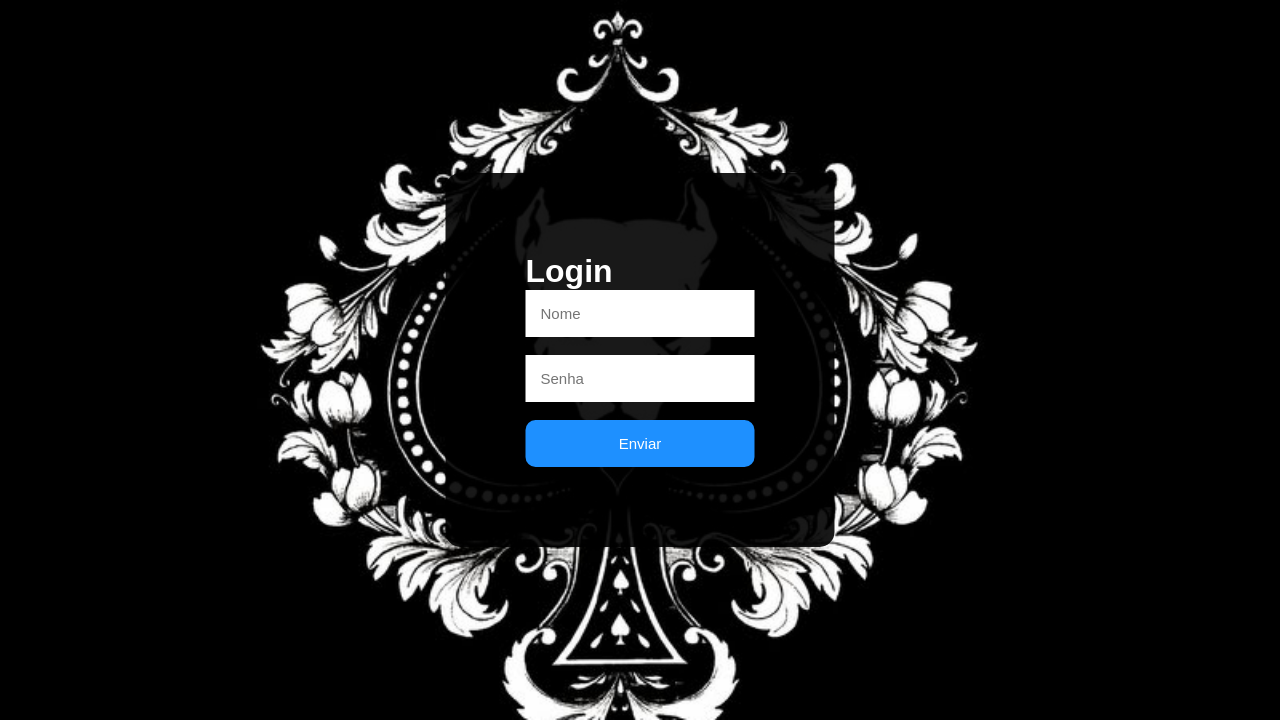
Repository: Vitor4863/Projeto-MetalBull
Page: http://localhost/MetalBull/
These files come from the project's save history. The page is drawn as it stood at one moment and after the next save; the edit follows.
The browser window is 1280 px wide. The pictures show the whole page.
The page is served by Tomcat 9. Other server files are loaded and not shown.

Above is the page before, as saved 2022-06-23 22:27:27.

### MetalBull/src/main/webapp/index.jsp
<%@ page language="java" contentType="text/html; charset=ISO-8859-1"
	pageEncoding="ISO-8859-1"%>
<!DOCTYPE html>
<html>
<head>
<meta charset="ISO-8859-1">
<title>Insert title here</title>
</head>
<link rel="stylesheet" href="estilo.css">
<body>
	<style>
body {
	font-family: Arial, Helvetica, sans-serif;
	background-image: url("Image/pit2.jpg");
	background-repeat: no-repeat;
	background-size: cover;
	width: 100vw;
	height: 100vh;
}

form {
	background-color: rgba(0, 0, 0, 0.9);
	position: absolute;
	top: 50%;
	left: 50%;
	transform: translate(-50%, -50%);
	padding: 80px;
	border-radius: 15px;
	color: #fff;
}

input {
	padding: 15px;
	border: none;
	outline: none;
	font-size: 15px;
}

button {
	background-color: dodgerblue;
	border: none;
	padding: 15px;
	width: 100%;
	border-radius: 10px;
	color: white;
	font-size: 15px;
}

button:hover {
	background-color: deepskyblue;
	cursor: pointer;
}
</style>
</head>
<body>
 <script>
        function validar(){
            alert(document.entrada.usuario.value);

            if((document.entrada.usuario.value == "admin") && (document.entrada.senha.value == "12345")){
				sessionStorage.setItem('usuario') = "admin";
                return true;
            } else {
                alert('usuario e/ou Senha incorretos');
                return false;
            }
        }
    </script><!--JAVA SCRIPT-->

	<form action="cadastrarProduto.jsp">
		<h1>Login</h1>
		<input type="text" placeholder="Nome"> <br>
		<br> <input type="password" placeholder="Senha"> <br>
		<br>
		<button>Enviar</button>
	</form>
</body>


</html>

### MetalBull/src/main/webapp/estilo.css
@charset "ISO-8859-1";
* {
	margin: 0;
	padding: 0;
	box-sizing: border-box;
	text-decoration: none;
	list-style: none;
	font-family: 'Montserrat', sans-serif;

}

.PitBull {
	width: 100vw;
}

.PitMain {
	background-image: url("img/R.jpg");
	background-repeat: no-repeat;
	background-size: cover;
	width: 100vw;
	height: 100vh;
}

.PitBull ul {
	display: flex;
	flex-direction: row;
	gap: 40px;
	width: 100%;
	justify-content: center;
	padding: 20px;
	background-color: #000000;
	color: white;
	font-weight: bold;
	font-size: 20px;
}

.PitForm {
	display: flex;
	flex-direction: column;
	padding: 45px;
	width: 800px;
	height: 400px;
	background-color: white;
	margin: 0 auto;
	margin-top: 4px;
	border-radius: 15px;
	box-shadow: 3px 3px 3px 3px rgba(0, 0, 0, 0.2);
	width: 800px;
	align-items: center;
	align-self: center;
}

.PitForm input {
	border-radius: 8px;
	border: 1px solid gray;
	width: 80px;
	padding: 10px;
	width: 400px;
	background-color: #d3d3d3;
}

.PitForm div {
	display: flex;
	align-items: center;
	gap: 15px;
	margin-bottom: 30px;
	gap: 15px;
}

#PitButton {
	background-color: black;
	border: none;
	color: white;
	font-weight: bold;
	cursor: pointer;

}
table{
	border: none;


	display: flex;
	flex-direction: column;
	padding: 45px;
	width: 800px;
	height: 400px;
	background-color: #8B0000;
	color: #d3d3d3;
	margin: 0 auto;
	margin-top: 4px;
	border-radius: 15px;
	box-shadow: 3px 3px 3px 3px rgba(0, 0, 0, 0.2);
	width: 800px;
	align-items: center;
	align-self: center;
	page-break-inside: auto;
	font-family: Arial, Helvetica, sans-serif;
	border-collapse: collapse;
	width: 100%;
	margin-top: 10px;


}
th{
	border: none;
	font-size: 20px;
	width: 50px;
  padding: 8px;


}
td{
	border:none ;
	width: 30px;


}
#Button{
	width:60px;
    margin: 5px;
	margin-top: 5px;
	background-color: #000000;
	color: #ff0000;
	cursor: pointer;
}

footer {
    position: absolute;
    background-color: black;
    color: #FFF;
    width: 100%;
    height: 100px;
    text-align: center;
    line-height: 100px;
	box-shadow: 5px 5px 5px rgba(0, 0, 0, 0.2);
}

After the next save:
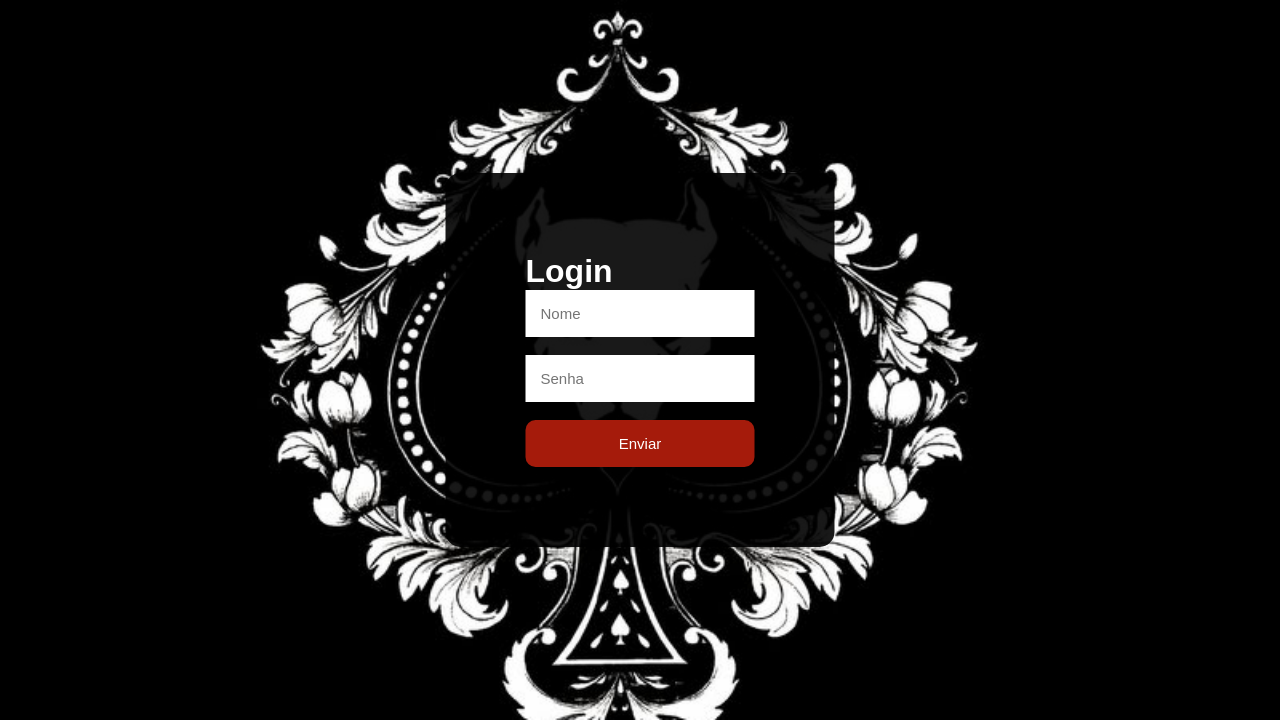
Saved 112 s later.
--- a/MetalBull/src/main/webapp/index.jsp
+++ b/MetalBull/src/main/webapp/index.jsp
@@ -37,7 +37,7 @@ input {
 }
 
 button {
-	background-color: dodgerblue;
+	background-color: #a51b0b;
 	border: none;
 	padding: 15px;
 	width: 100%;
